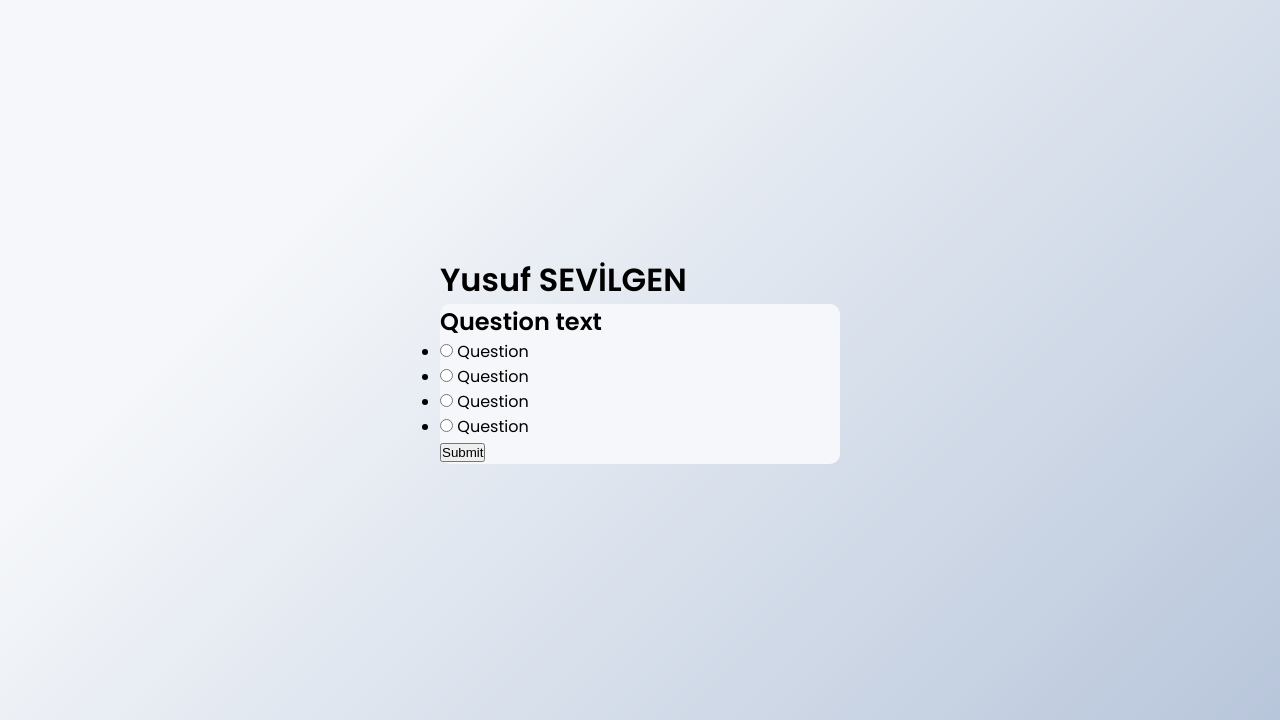
Repository: sevilgenysf/javascript-two
Page: index.html
An editor plug-in stored every save of this project. The page is shown before and after the next save, followed by the edit.
The browser window is 1280 px wide. The pictures show the whole page.

Above is the page before, as saved 2022-02-27 15:13:03.
Console error: SyntaxError: Unexpected token '{'

### index.html
<!DOCTYPE html>
<html lang="en">

<head>
	<meta charset="UTF-8">
	<meta http-equiv="X-UA-Compatible" content="IE=edge">
	<meta name="viewport" content="width=device-width, initial-scale=1.0">
	<link rel="stylesheet" href="./style.css">
	<script src="./index.js" defer></script>
	<title>javascript Day two</title>
</head>

<body>
	<div>
		<h1>Yusuf SEVİLGEN</h1>
		<div class="quiz-container">
			<h2>Question text</h2>
			<ul>
				<li>
					<input type="radio" id="a" name="answer">
					<label for="a">Question</label>
				</li>
			</ul>
			<ul>
				<li>
					<input type="radio" id="b" name="answer">
					<label for="b">Question</label>
				</li>
			</ul>
			<ul>
				<li>
					<input type="radio" id="c" name="answer">
					<label for="c">Question</label>
				</li>
			</ul>
			<ul>
				<li>
					<input type="radio" id="d" name="answer">
					<label for="d">Question</label>
				</li>
			</ul>
			<button>Submit</button>
		</div>
	</div>
</body>

</html>

### style.css
@import url('https://fonts.googleapis.com/css2?family=Poppins:wght@400;600&family=Roboto:ital,wght@0,300;0,400;0,700;1,500&display=swap');

* {
	margin: 0;
	padding: 0;
	box-sizing: border-box;
}

body {
	display: flex;
	justify-content: center;
	align-items: center;
	background-color: #b8c6db;
	background-image: linear-gradient(315deg, #b8c6db 0%, #f5f7fa 74%);
	font-family: 'Poppins', sans-serif;
	min-height: 100vh;
}

.quiz-container {
	background-color: #f5f7fa;
	width: 400px;
	border-radius: 10px;
}

### index.js
const quizData = [
	{
		question: 'How old are you?',
		a: '25',
		b: '26',
		c: '27',
		d: '28',
		currect: 'c'
	},
	{
		question: 'What is the most used best programing language in 2019?',
		a: 'Java',
		b: 'C',
		c: 'Python',
		d: 'JavaScript',
		currect: 'a'
	},
	{
		qwstion: 'who is he President of USA?',
		a: 'Trump',
		b: 'Obama',
		c: 'Bush',
		d: 'Clinton',
		currect: 'b'
	},
	{
		question: 'What does HTML stand for?',
		a: 'Hyper Text Markup Language',
		b: 'Cascading style sheet',
		c: 'Jason Object Notation',
		d: 'Aplication Type Markup Language',
		currect: 'a'
	}.
	{
		question: 'What year was javaScript launched?',
		a: '1995',
		b: '1996',
		c: '1997',
		d: 'none of the above',
		currect: 'd'
	}
];

After the next save:
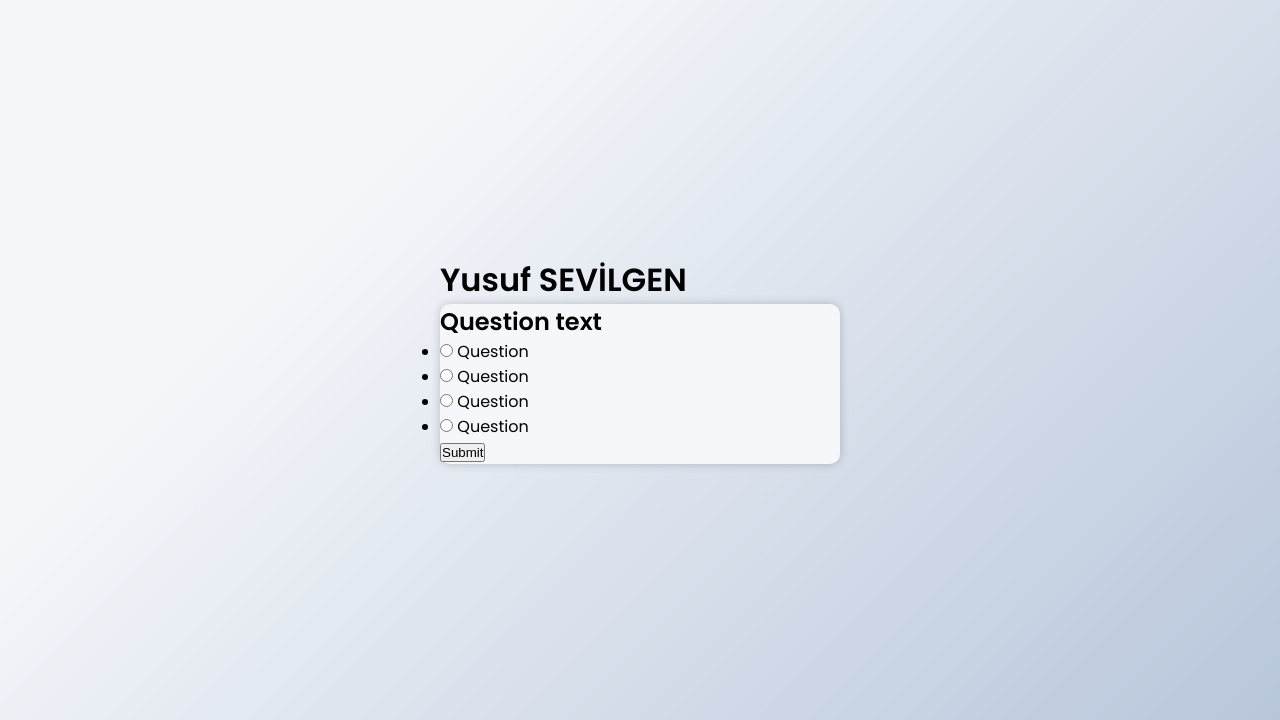
Saved 16 s later.
--- a/style.css
+++ b/style.css
@@ -20,4 +20,5 @@ body {
 	background-color: #f5f7fa;
 	width: 400px;
 	border-radius: 10px;
+	box-shadow: 0 0 10px rgba(0, 0, 0, 0.2);
 }
